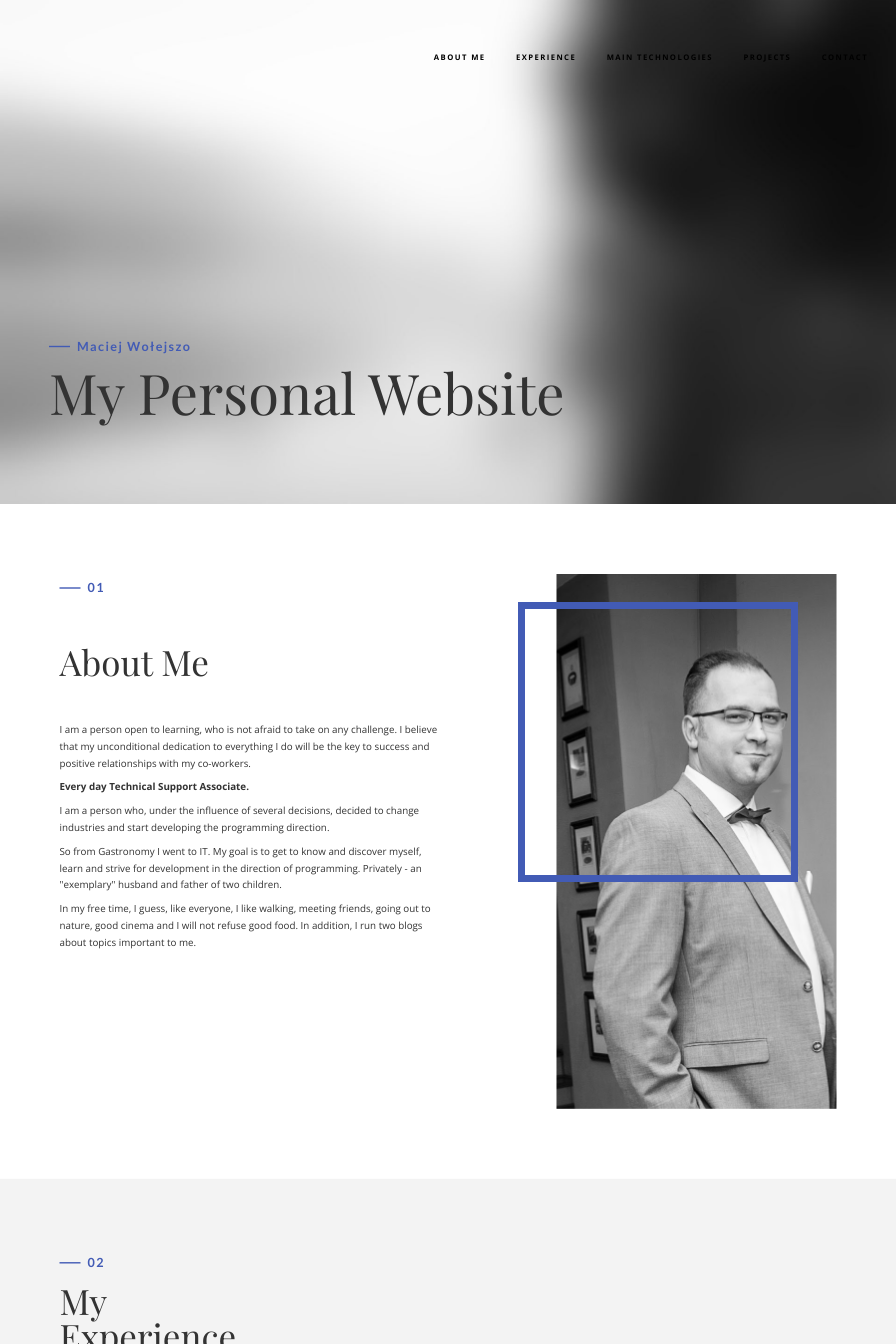
Repository: Maciej85Lodz/maciejwolejszo.pl
Page: index.html
The author's editor kept a copy of each file at every save. The page is drawn from the files as they stood at one save, then again after the next save.
The browser window is 1280 px wide. The pictures show the part of the page from y = 0 to 1920 px (the page is 5976 px tall), at 70% of full size.
Some icons come from a web library that is not loaded, so they are not drawn. Some web fonts or font styles are not loaded; a fallback is used. Some web libraries are served in a nearby version.

Above is the page before, as saved 2019-06-30 17:52:26.

After the next save:
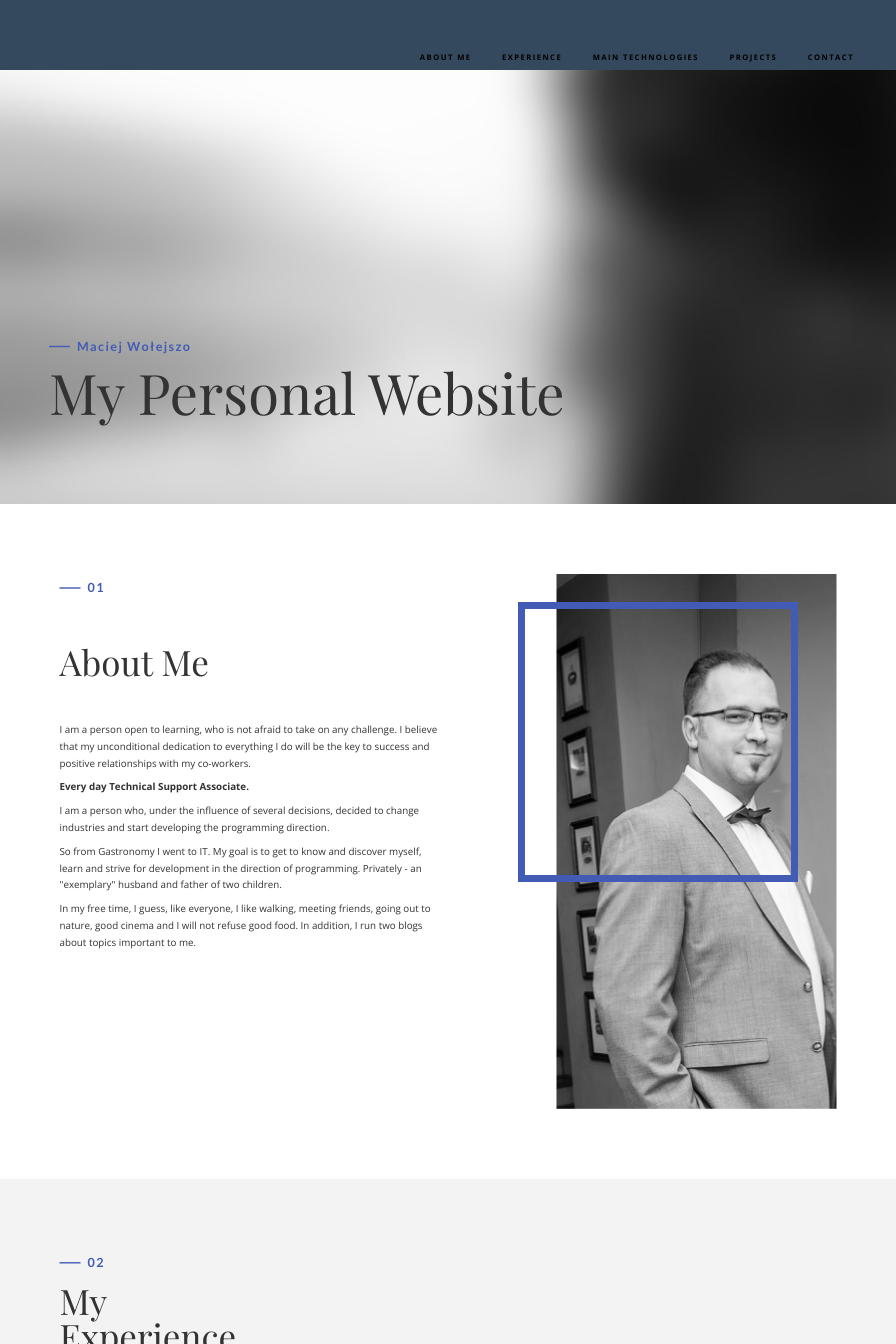
Saved 7 s later.
--- a/index.html
+++ b/index.html
@@ -36,7 +36,7 @@
     <!-- ./Preloader -->
     <!-- header -->
     <header class="navbar-fixed-top header">
-        <div class="">
+        <div class="hamheader">
             <nav>
                 <input type="checkbox" id="chk">
                 <label for="chk" class="show-menu-btn">
